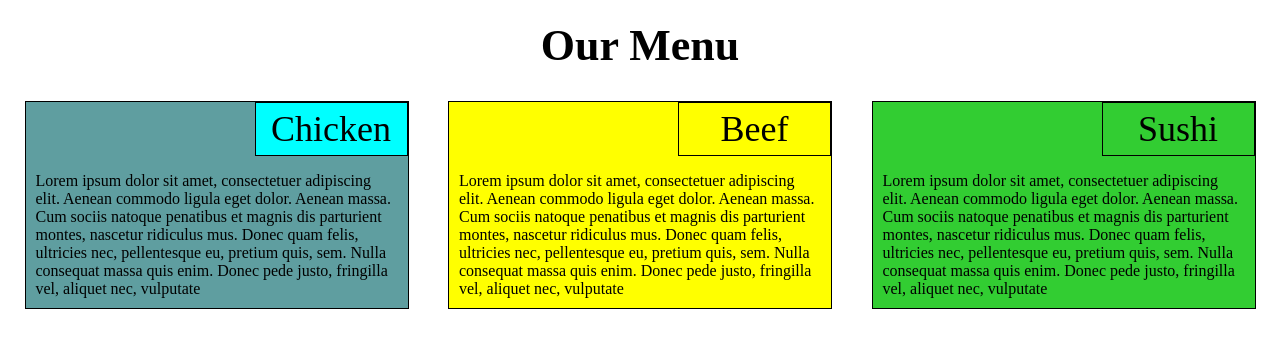
Repository: Normandy72/module2-solution
Page: index.html
These files come from the project's save history. The page is drawn as it stood at one moment and after the next save; the edit follows.
The browser window is 1280 px wide. The pictures show the whole page.
Some web fonts or font styles are not loaded; a fallback is used.

Above is the page before, as saved 2022-12-05 15:16:49.

### index.html
<!DOCTYPE html>
<html lang="en">
<head>
    <meta charset="UTF-8">
    <meta http-equiv="X-UA-Compatible" content="IE=edge">
    <meta name="viewport" content="width=device-width, initial-scale=1.0">
    <title>Our menu</title>
    <link href="https://fonts.googleapis.com/css2?family=Comic+Neue:ital,wght@0,300;0,400;0,700;1,300;1,400;1,700&family=Roboto:ital,wght@0,100;0,300;0,400;0,500;0,700;0,900;1,100;1,300;1,400;1,500;1,700;1,900&display=swap" rel="stylesheet">
    <link rel="stylesheet" href="styles/style.css">
</head>
<body>
    <h1>Our Menu</h1>
    <div class="wrapper">
        <div class="card">
            <div class="card__name">Chicken</div>
            <p class="card__text">Lorem ipsum dolor sit amet, consectetuer adipiscing elit. Aenean commodo ligula eget dolor. Aenean massa. Cum sociis natoque penatibus et magnis dis parturient montes, nascetur ridiculus mus. Donec quam felis, ultricies nec, pellentesque eu, pretium quis, sem. Nulla consequat massa quis enim. Donec pede justo, fringilla vel, aliquet nec, vulputate</p>
        </div>
        <div class="card">
            <div class="card__name">Beef</div>
            <p class="card__text">Lorem ipsum dolor sit amet, consectetuer adipiscing elit. Aenean commodo ligula eget dolor. Aenean massa. Cum sociis natoque penatibus et magnis dis parturient montes, nascetur ridiculus mus. Donec quam felis, ultricies nec, pellentesque eu, pretium quis, sem. Nulla consequat massa quis enim. Donec pede justo, fringilla vel, aliquet nec, vulputate</p>
        </div>
        <div class="card">
            <div class="card__name">Sushi</div>
            <p class="card__text">Lorem ipsum dolor sit amet, consectetuer adipiscing elit. Aenean commodo ligula eget dolor. Aenean massa. Cum sociis natoque penatibus et magnis dis parturient montes, nascetur ridiculus mus. Donec quam felis, ultricies nec, pellentesque eu, pretium quis, sem. Nulla consequat massa quis enim. Donec pede justo, fringilla vel, aliquet nec, vulputate</p>
        </div>
    </div>
</body>
</html>

### styles/style.css
*{
    font-family: 'Comic Neue', cursive;
    font-size: 10px;

    margin: 0;
    padding: 0;
    box-sizing: border-box;
}

h1{
    font-size: 4.4rem;
    text-align: center;

    padding-top: 20px;
    padding-bottom: 30px;
}

.wrapper{
    display: flex;
    justify-content: space-evenly;
}

.card{
    width: 30%;
    margin: 0 15px 30px;
    position: relative;
    border: 1px solid black;
}

.card__name{
    border: 1px solid black;
    font-size: 3.6rem;
    padding: 5px;
    text-align: center;
    width: 40%;
    position: absolute;
    top: 0;
    right: 0;
}

.card__text{
    font-size: 1.6rem;
    padding: 70px 10px 10px;
}

.card:nth-child(1){
    background-color: cadetblue;
}

.card:nth-child(2){
    background-color: yellow;
}

.card:nth-child(3){
    background-color: limegreen;
}

.card:nth-child(1) .card__name{
    background-color: aqua;
}

After the next save:
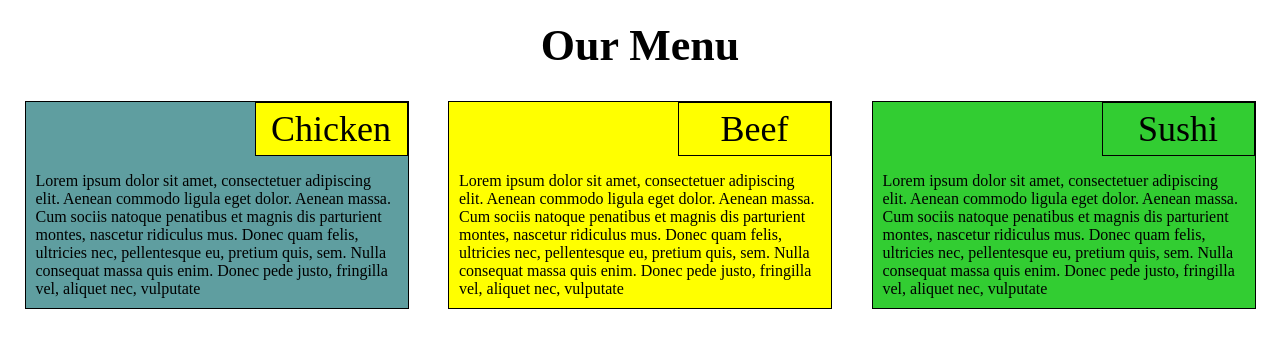
Saved 8 s later.
--- a/styles/style.css
+++ b/styles/style.css
@@ -56,5 +56,5 @@ h1{
 }
 
 .card:nth-child(1) .card__name{
-    background-color: aqua;
+    background-color: yellow;
 }
